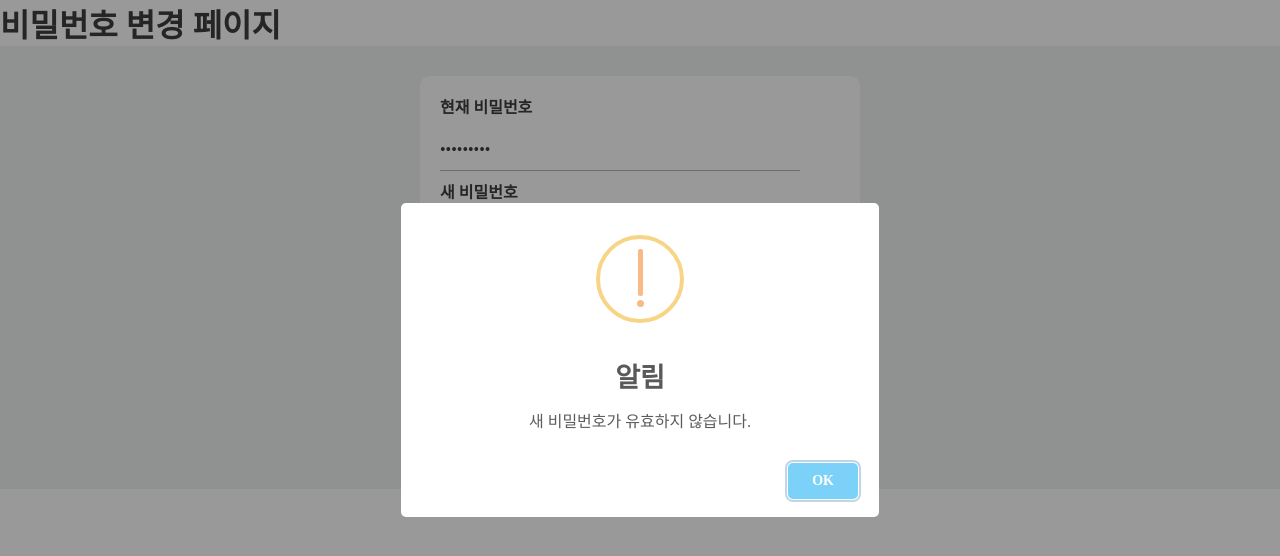
Repository: Godzilla-Man/codingStudy
Page: http://localhost/server_06_notice/member/pwChgFrm
These files come from the project's save history. The page is drawn as it stood at one moment and after the next save; the edit follows.
The browser window is 1280 px wide. The pictures show the whole page.
Empty fields were first filled with sample values (such as "Sample", 5 or name@example.com).
After loading, the first visible `#pwChgForm` was submitted once.
Some web fonts or font styles are not loaded; a fallback is used. The page is served by Tomcat 9. Other server files are loaded and not shown.

Above is the page before, as saved 2025-05-07 03:12:09.

### server_06_notice/src/main/webapp/WEB-INF/views/member/pwChg.jsp
<%@ page language="java" contentType="text/html; charset=UTF-8"
    pageEncoding="UTF-8"%>
<!DOCTYPE html>
<html>
<head>
<meta charset="UTF-8">
<title>Insert title here</title>

<link rel="stylesheet" href="/resources/css/default.css">
<script src="https://code.jquery.com/jquery-3.7.1.min.js"></script>
<script src="/resources/js/sweetalert.min.js"></script>

<style>
	.wrap {
		min-width: 400px;
		min-height: 400px;
	}
	.pw-container {
		display: flex;
		align-items: center;
	}
	.section {
		width: 400px;
		margin : 0 auto;
		display : flex;
		justifry-content : center;
	}
	.pw-info-wrap {
		width : 90%;
	}
	.input-wrap {
		margin-bottom : 10px;
	}
	.pw-btn {
		margin : 20px 0px;
		text-align : center;
		display : flex;
		justify-content : center;
		gap : 10px;
	}
	pw-btn>button {
		width : 40%;
	}
</style>

</head>
<body>
	<h1>비밀번호 변경 페이지</h1>
</body>
	<div class="wrap">
		<main class="content pw=container">
			<section class="section">
				<div class="pw-info-wrap">
					<form id="pwChgForm" action="/member/pwChg" method="post" onsubmit="return validateForm()">

						<div class="input-wrap">
							<div class="input-title">
								<label for="memberPw">현재 비밀번호</label>
							</div>
							<div class="input-item">
								<%-- 서블릿에서 세션에 등록된 회원의 비밀번호와 일치하는지 검증하기 위해, name 속성 작성하여 서버로 전송 --%>
								<input type="password" id="memberPw" name="memberPw">
							</div>
						</div>

						<div class="input-wrap">
							<div class="input-title">
								<label for="newMemberPw">새 비밀번호</label>
							</div>
							<div class="input-item">
								<input type="password" id="newMemberPw" name="newMemberPw" placeholder="영어, 숫자, 특수문자(!,@,#,$) 6~30글자">
							</div>
						</div>

						<div class="input-wrap">
							<div class="input-title">
								<label for="newMemberPwRe">새 비밀번호 확인</label>
							</div>
							<div class="input-item">
								<input type="password" id="newMemberPwRe" name="newMemberPwRe" placeholder="새 비밀번호 확인">
							</div>
							<p id="pwMessage" class="input-msg"></p>
						</div>

						<div class="pw-btn">
							<button type="submit" class="btn-primary lg">변경하기</button>
							<button type="button" onclick="closeFn()" class="btn-secondary lg">닫기</button>
						</div>

					</form>
				</div>
			</section>
		</main>
	</div>

	<script>
	function validateForm(){
		//현재 비밀번호 검증
		console.log('${loginMember.memberPw}');

		//새 비밀번호가 정규표현식 패턴에 만족하는지?
		const regExp = /^[a-zA-Z0-0!@#$]{6,30}$/; //영어, 숫자, 특수문자 (!@#$) 6~30글자

		if(!regExp.test($('#newMemberPw').val())){
			swal({
				title : "알림",
				text : "새 비밀번호가 유효하지 않습니다.",
				icon : "warning"
			});

			return false;

		}

		//새 비밀번호와 새 비밀번호 확인값이 같은지?

		if($('#newMemberPw').val() != $('#newMemberPwRe').val()){
			swal({
				title : "알림",
				text : "새 비밀번호와 새 비밀번호 확인 값이 일치하지 않습니다.",
				icon : "warning"
			});
		}
	}
	</script>
</html>

### server_06_notice/src/main/java/kr/or/iei/member/controller/PwChgFrmServlet.java
package kr.or.iei.member.controller;

import java.io.IOException;

import javax.servlet.RequestDispatcher;
import javax.servlet.ServletException;
import javax.servlet.annotation.WebServlet;
import javax.servlet.http.HttpServlet;
import javax.servlet.http.HttpServletRequest;
import javax.servlet.http.HttpServletResponse;

/**
 * Servlet implementation class PwChgFrmServlet
 */
@WebServlet("/member/pwChgFrm")
public class PwChgFrmServlet extends HttpServlet {
	private static final long serialVersionUID = 1L;

    /**
     * @see HttpServlet#HttpServlet()
     */
    public PwChgFrmServlet() {
        super();
        // TODO Auto-generated constructor stub
    }

	/**
	 * @see HttpServlet#doGet(HttpServletRequest request, HttpServletResponse response)
	 */
	protected void doGet(HttpServletRequest request, HttpServletResponse response) throws ServletException, IOException {
		//1. 인코딩 - 필터
		//2. 값 추출
		//3. 로직
		//4. 결과 처리
			RequestDispatcher view = request.getRequestDispatcher("/WEB-INF/views/member/pwChg.jsp");
			view.forward(request, response);
	}

	/**
	 * @see HttpServlet#doPost(HttpServletRequest request, HttpServletResponse response)
	 */
	protected void doPost(HttpServletRequest request, HttpServletResponse response) throws ServletException, IOException {
		// TODO Auto-generated method stub
		doGet(request, response);
	}

}

### server_06_notice/src/main/webapp/resources/css/default.css


:root {
  /*main color*/
  --main1: #3d3d3d;
  --main2: #6059f7;
  --main3: #6592fe;
  --main4: #36c3fe;
  --main5: #8c61ff;
  /*box-bg*/
  --box-bg: #f0f1f1;
  /*gray*/
  --gray1: #222222;
  --gray2: #555555;
  --gray3: #717171;
  --gray4: #8f8f8f;
  --gray5: #b7b7b7;
  --gray6: #d6d6d6;
  --gray7: #efefef;
  --gray8: #ffffff;

  /*line-color*/
  --line1: #222222;
  --line2: #d6d6d6;
  --line3: #eaeced;
  --line4: #f6f6f6;
  --line5: #f8f9fa;
}
@font-face {
  font-family: ns-l;
  src: url(/resources/resources/font/NotoSansKR-Light.ttf);
}
@font-face {
  font-family: ns-r;
  src: url(/resources/font/NotoSansKR-Regular.ttf);
}
@font-face {
  font-family: ns-b;
  src: url(/resources/font/NotoSansKR-Bold.ttf);
}
@font-face {
  font-family: ns-black;
  src: url(/resources/font/NotoSansKR-Black.ttf);
}
* {
  margin: 0;
  padding: 0;
  outline: 20;
  font-family: ns-r;
  list-style-type: none;
  color : var(--main1);
}
a {
  text-decoration: none;
}
.wrap {
  min-height: 100vh;
  display: flex;
  flex-direction: column;
  min-width: 800px;
  position: relative;
  background-color: var(--box-bg);
}

.header {
  background-color: var(--main2);
  width: 100%;
  position: sticky;
  top: 0;
  z-index:1;
}
.header > div {
  padding: 10px;
  max-width: 1400px;
  margin: 0 auto;
  display: flex;
  align-items: center;
}
.header a {
  color: var(--gray8);
}
.logo {
  margin-right: 24px;
}
.logo > a {
  font-family: ns-black;
  font-size: 28px;
}
.nav {
  flex: 1;

}
.nav > ul {
  display: flex;
  align-items: center;
}
.nav > ul > li {
  margin: 0px 15px;
  position: relative;

}
.nav a,
.user-menu a {
  transition-duration: 0.3s;
}

.nav a:hover,
.user-menu a:hover {
  color: var(--gray1);
}

.nav .sub-menu {
  display: none;
  position: absolute;
  width: 130px;
  background-color: #fff;
  border: 1px solid var(--main2);
  border-radius: 5px;
  left: 10px;
  z-index: 1;
}

.sub-menu > li > a {
  color: var(--main2);
  padding: 10px;
  display: block;
}
.nav > ul > li:hover > .sub-menu {
  display: block;
}
.sub-menu > li > a:hover {
  background-color: var(--main2);
  color: var(--gray8);
}
.user-menu {
  display: flex;
}
.user-menu > li {
  margin-left: 20px;
}

.content {
  width: 100%;
  max-width: 1400px;
  margin: 30px auto;
  flex: 1;

}
.page-title {
  font-weight : bold;
  padding: 30px;
  text-align: center;
  font-family: ns-b;
  font-size: 20px;
  color: var(--main2);
}
.footer {
  background-color: var(--gray6);
}
.footer > div {
  max-width: 1400px;
  padding: 20px 10px;
  margin: 0 auto;
}
.footer > div > p {
  margin: 10px 0px;
  font-family: ns-b;
  font-size: 16px;
}

section.section {
  padding: 20px;
  border-radius: 10px;
  background-color: var(--gray8);
}
section.section.bg-section {
  background-color: var(--box-bg);
}

[class^="btn-"] {
  cursor: pointer;
  font-size: 14px;
  padding: 9px 20px;
  border: none;
  border-radius: 5px;
  font-family: ns-b;
}
.btn-primary {
  border: 1px solid var(--main3);
  background-color: var(--main3);
  color: var(--gray8);
}
.btn-primary:hover {
  background-color: rgba(101, 146, 254, 0.9);
}
.btn-secondary {
  border: 1px solid var(--gray4);
  background-color: var(--gray4);
  color: var(--gray8);
}
.btn-secondary:hover {
  background-color: rgba(143, 143, 143, 0.9);
}
.btn-point {
  border: 1px solid var(--main5);
  background-color: var(--main5);
  color: var(--gray8);
}
.btn-point:hover {
  background-color: rgba(140, 97, 255, 0.9);
}
.btn-primary.outline {
  color: var(--main3);
  background-color: var(--gray8);
}
.btn-primary.outline:hover {
  background-color: rgba(101, 146, 254, 0.2);
}
.btn-secondary.outline {
  color: var(--gray4);
  background-color: var(--gray8);
}
.btn-secondary.outline:hover {
  background-color: rgba(143, 143, 143, 0.2);
}
.btn-point.outline {
  color: var(--main5);
  background-color: var(--gray8);
}
.btn-point.outline:hover {
  background-color: rgba(140, 97, 255, 0.2);
}
[class^="btn-"].sm {
  padding: 5px 10px;
  font-family: ns-r;
  font-size: 12px;
}
[class^="btn-"].md {
  padding: 7px 15px;
  font-size: 14px;
  border-radius: 20px;
}
[class^="btn-"].lg {
  padding: 12px 25px;
  font-size: 16px;
  border-radius: 25px;
}

.tbl {
  border-top: 1px solid var(--main3);
  width: 100%;
  border-spacing: 0;
}
.tbl th,
.tbl td {
  text-align: center;
  border-bottom: 1px solid var(--line2);
  padding: 10px 20px;
}
.tbl th.left,
.tbl td.left {
  text-align: left;
}
.tbl th {
  background-color: rgba(101, 146, 254, 0.2);
}
.tbl.tbl-hover tbody > tr:hover {
  cursor: pointer;
  background-color: rgba(101, 146, 254, 0.1);
}
.input-wrap {
  display: flex;
  flex-direction: column;
}
.input-wrap > .input-title {
  margin-bottom: 10px;
  font-size: 16px;
  font-weight: bold;
  line-height: 1.5;
}
.input-item {
  display: flex;
  gap: 10px;
}
.input-item > input {
  flex: 1;
  font-size: 16px;
  line-height: 1.5;
  border: none;
  border-bottom: 1px solid var(--gray5);
  padding: 8px 0px;
}
.input-item + .input-msg {
  position: relative;
  margin-top: 8px;
  padding-left: 24px;
  color: var(--gray3);
  font-size: 14px;
  line-height: 1.5;
}
.input-item + .input-msg::before {
  content: "";
  display: block;
  position: absolute;
  left: 0;
  top: 0;
  bottom: 0;
  width: 20px;
  background: url(/resources/images/icon_info.svg) no-repeat center / contain;
}
.input-item + .input-msg.valid {
  color: #1065dc;
}
.input-item + .input-msg.valid::before {
  background: url(/resources/images/icon_info_success.svg) no-repeat center / contain;
}
.input-item + .input-msg.invalid {
  color: #ff3d00;
}
.input-item + .input-msg.invalid::before {
  background: url(/resources/images/icon_info_warning.svg) no-repeat center / contain;
}

.input-item > textarea {
  width: 100%;
  height: 156px;
  padding: 15px;
  resize: none;
  font-size: 16px;
  line-height: 24px;
  border: 1px solid var(--line2);
}

.input-wrap > input[type="checkbox"] {
  display: none;
}
.input-wrap > input[type="checkbox"] + label {
  position: relative;
  display: block;
  flex-grow: 1;
  padding: 8px 0 8px 30px;
  cursor: pointer;
}
.input-wrap > input[type="checkbox"] + label::before {
  content: "";
  display: block;
  position: absolute;
  left: 0;
  top: 8px;
  width: 24px;
  height: 24px;
  color: var(--main3);
  border-radius: 50%;
  background: url(/resources/images/icon_check.png) no-repeat center / 20px;
}
.input-wrap > input[type="checkbox"]:checked + label::before {
  background: url(/resources/images/icon_check_active.png) no-repeat center / 20px;
}

.input-wrap > input[type="radio"] {
  display: none;
}
.input-wrap > input[type="radio"] + label {
  position: relative;
  display: block;
  flex-grow: 1;
  padding: 8px 0 8px 30px;
  cursor: pointer;
}
.input-wrap > input[type="radio"] + label::before {
  content: "";
  display: block;
  position: absolute;
  left: 0;
  top: 8px;
  width: 24px;
  height: 24px;
  color: var(--main3);
  border-radius: 50%;
  background: url(/resources/images/icon_check.png) no-repeat center / 20px;
}
.input-wrap > input[type="radio"]:checked + label::before {
  background: url(/resources/images/icon_check_active.png) no-repeat center / 20px;
}
.select {
  flex: 1;
  position: relative;
  border: 1px solid var(--line2);
  border-radius: 5px;
  background: #fff url(/resources/images/icon_arrow_down.svg) no-repeat right 12px center / 12px;
  overflow: hidden;
}
.select > select {
  width: 100%;
  padding: 8px 12px;
  font-size: 16px;
  line-height: 1.5;
  cursor: pointer;
  appearance: none;
  background-color: transparent;
  border: 0;
}
.modal-bg {
  background-color: rgba(0, 0, 0, 0.4);
  position: fixed;
  width: 100vw;
  height: 100vh;
  top: 0;
  left: 0;
  display: none;
  justify-content: center;
  align-items: center;
}
.modal-bg.open {
  display: flex;
}
.modal-container {
  background-color: var(--gray8);
  padding: 40px 20px;
  width: 500px;
  display: flex;
  flex-direction: column;
  border-radius: 10px;
  gap: 20px;
  box-sizing: border-box;
  position: relative;
}
.modal-title {
  font-size: 20px;
  font-family: ns-b;
  line-height: 30px;
  text-align: center;
}
.modal-main {
  flex: 1;
  overflow-y: auto;
  padding: 0px 30px;
}
.modal-content {
  max-height: 200px;
}
.modal-btn-area {
  display: flex;
  gap: 13px;
  justify-content: center;
}
.modal-close-btn {
  position: absolute;
  top: 20px;
  right: 20px;
  font-size: 30px;
  cursor: pointer;
}

.posting-wrap{
	overflow: hidden;
	padding: 10px;
}
.posting-wrap>.posting-item{
	box-sizing: border-box;
	width : 335px;
	float: left;
	padding : 30px

}
.posting-item>a{
	display : block;
}
.posting-item:hover{
	box-shadow: 0 2px 10px 0 rgba(0, 0, 0, 0.2);
}
.posting-img{
	height: 200px;
}
.posting-img>img{
	width:100%;
	height:100%;
	object-fit:contain;
}
.posting-info{
	margin: 10px auto;
	width: 75%
}
.posting-title{
	font-size : 18px;
	font-family : ns-b;
	white-space: nowrap;
	overflow: hidden;
	text-overflow: ellipsis;
}

.pagination {
  list-style-type: none;
  display: flex;
  justify-content: center;
  align-items: center;
}
.posting-sub-info{
	margin : 10px 0px;
	display: flex;
	justify-content: space-between;
}
.posting-sub-info>span{
	font-size: 14px;
	font-family: ns-b;
}

.pagination > li {
  width: 40px;
  height: 40px;
  text-align: center;
  line-height: 40px;
  overflow: hidden;
}
.pagination.circle-style > li {
  border-radius: 50%;
}
.pagination > li > a.page-item {
  display: block;
  width: 100%;
  height: 100%;
  font-size: 18px;
}
.pagination > li > a.page-item > span.material-icons {
  display: block;
  width: 100%;
  height: 100%;
  line-height: 40px;
}
.pagination .page-item.active-page {
  background-color: var(--main2);
  color: #fff;
}

### server_06_notice/src/main/webapp/resources/images/icon_info.svg
<svg fill="#717171" clip-rule="evenodd" fill-rule="evenodd" stroke-linejoin="round" stroke-miterlimit="2" viewBox="0 0 24 24" xmlns="http://www.w3.org/2000/svg"><path d="m12.002 2.005c5.518 0 9.998 4.48 9.998 9.997 0 5.518-4.48 9.998-9.998 9.998-5.517 0-9.997-4.48-9.997-9.998 0-5.517 4.48-9.997 9.997-9.997zm0 1.5c-4.69 0-8.497 3.807-8.497 8.497s3.807 8.498 8.497 8.498 8.498-3.808 8.498-8.498-3.808-8.497-8.498-8.497zm0 6.5c-.414 0-.75.336-.75.75v5.5c0 .414.336.75.75.75s.75-.336.75-.75v-5.5c0-.414-.336-.75-.75-.75zm-.002-3c.552 0 1 .448 1 1s-.448 1-1 1-1-.448-1-1 .448-1 1-1z" fill-rule="nonzero"/></svg>

Loaded but not shown: server_06_notice/src/main/webapp/resources/js/sweetalert.min.js (library)

After the next save:
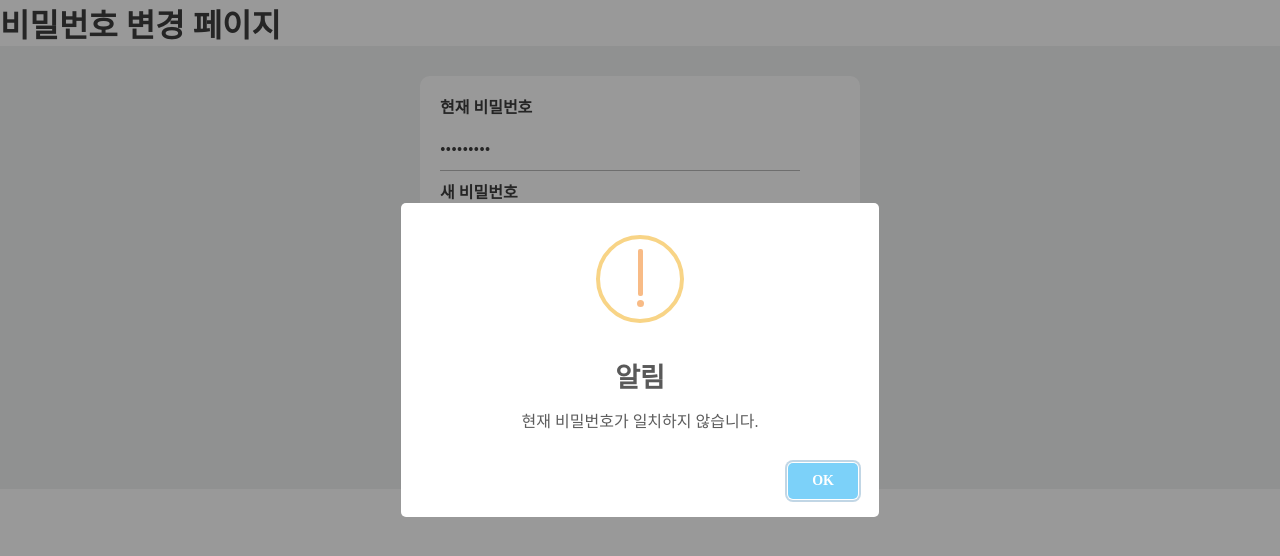
Saved 3 min 1 s later.
--- a/server_06_notice/src/main/webapp/WEB-INF/views/member/pwChg.jsp
+++ b/server_06_notice/src/main/webapp/WEB-INF/views/member/pwChg.jsp
@@ -95,8 +95,20 @@
 
 	<script>
 	function validateForm(){
-		//현재 비밀번호 검증
+		//현재 비밀번호 검증(사용자가 입력한 기존 비밀번호와 세션에 저장된 회원의 비밀번호 비교)
 		console.log('${loginMember.memberPw}');
+
+		if($('#memberPw').val() != '${loginMember.memberPw}'){
+			swal({
+				title : "알림",
+				text : "현재 비밀번호가 일치하지 않습니다.",
+				icon : "warning"
+			});
+
+			return false;
+		}
+
+
 
 		//새 비밀번호가 정규표현식 패턴에 만족하는지?
 		const regExp = /^[a-zA-Z0-0!@#$]{6,30}$/; //영어, 숫자, 특수문자 (!@#$) 6~30글자
